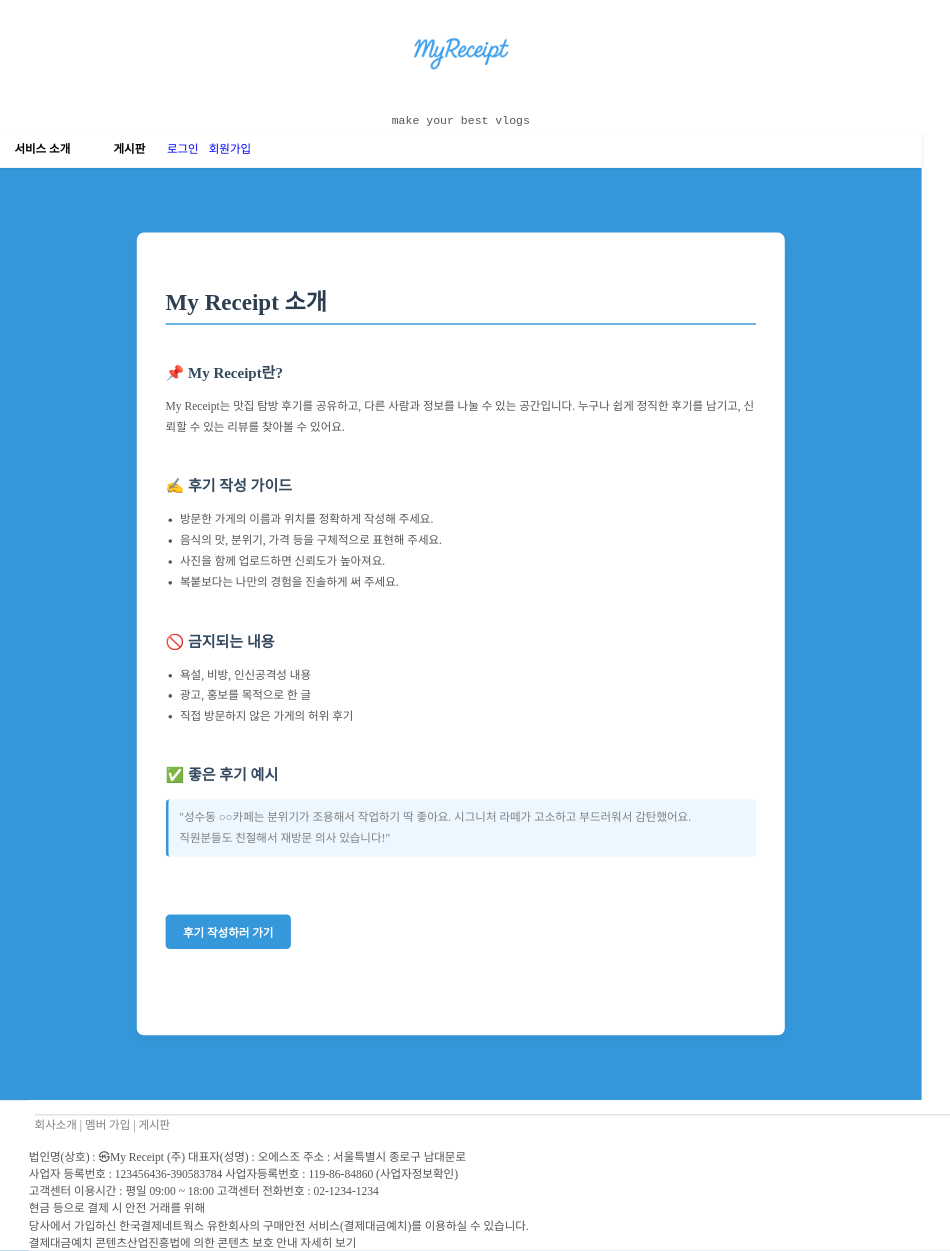
Repository: shong69/mini-project
Page: http://localhost/myReceipt2/intro
The author's editor kept a copy of each file at every save. The page is drawn from the files as they stood at one save, then again after the next save.
The browser window is 1280 px wide. The page is 1320 px wide, so the pictures cover 1320 px, including what lies to the right of the window. The pictures show the whole page, at 72% of full size.
Some web fonts or font styles are not loaded; a fallback is used. The page is served by Tomcat 10. Other server files are loaded and not shown.

Above is the page before, as saved 2025-05-06 19:40:22.

### jspProject/myReceipt2/src/main/webapp/WEB-INF/views/intro.jsp
<%@ page language="java" contentType="text/html; charset=UTF-8"
    pageEncoding="UTF-8"%>
<!DOCTYPE html>
<html>
<head>
<meta charset="UTF-8">
<title>My Receipt</title>
<link rel="stylesheet" type="text/css" href="resources/css/main.css">
 <style>
 main {
 	color:white;
 	}
  .container {
    max-width: 900px;
    margin: 90px auto;
    background: white;
    padding: 70px 40px;
    border-radius: 10px;
    box-shadow: 0 8px 20px rgba(0, 0, 0, 0.05);
  }

  h1 {
    font-size: 2rem;
    color: #2c3e50;
    margin-bottom: 20px;
    border-bottom: 2px solid #3498db;
    padding-bottom: 10px;
  }

  h2 {
    font-size: 1.3rem;
    color: #34495e;
    margin-top: 30px;
    margin-bottom: 20px;
  }
  main section{
  	margin : 50px 0;
  }
  p, li {
    color: #555;
    font-size: 1rem;
    line-height: 1.8;
  }

  ul {
    padding-left: 20px;
  }

  .btn-write {
    display: inline-block;
    padding: 12px 24px;
    background-color: #3498db;
    color: white;
    font-weight: bold;
    border-radius: 6px;
    text-decoration: none;
    margin-top: 30px;
    transition: background-color 0.3s;
  }

  .btn-write:hover {
    background-color: #2b7cb8;
  }

  .highlight {
  	color: gray;
    background: #ecf7ff;
    border-left: 4px solid #3498db;
    padding: 10px 15px;
    margin-top: 10px;
    border-radius: 6px;
    line-height:30px;
  }
 </style>

</head>
<body>
	<jsp:include page="/WEB-INF/views/common/header.jsp"></jsp:include>
	<main>
	 <div class="container">
	    <h1>My Receipt 소개</h1>

	    <section>
	      <h2>📌 My Receipt란?</h2>
	      <p>My Receipt는 맛집 탐방 후기를 공유하고, 다른 사람과 정보를 나눌 수 있는 공간입니다. 누구나 쉽게 정직한 후기를 남기고, 신뢰할 수 있는 리뷰를 찾아볼 수 있어요.</p>
	    </section>

	    <section>
	      <h2>✍️ 후기 작성 가이드</h2>
	      <ul>
	        <li>방문한 가게의 이름과 위치를 정확하게 작성해 주세요.</li>
	        <li>음식의 맛, 분위기, 가격 등을 구체적으로 표현해 주세요.</li>
	        <li>사진을 함께 업로드하면 신뢰도가 높아져요.</li>
	        <li>복붙보다는 나만의 경험을 진솔하게 써 주세요.</li>
	      </ul>
	    </section>

	    <section>
	      <h2>🚫 금지되는 내용</h2>
	      <ul>
	        <li>욕설, 비방, 인신공격성 내용</li>
	        <li>광고, 홍보를 목적으로 한 글</li>
	        <li>직접 방문하지 않은 가게의 허위 후기</li>
	      </ul>
	    </section>

	    <section>
	      <h2>✅ 좋은 후기 예시</h2>
	      <div class="highlight">
	        "성수동 ○○카페는 분위기가 조용해서 작업하기 딱 좋아요. 시그니처 라떼가 고소하고 부드러워서 감탄했어요.
	        <br/>직원분들도 친절해서 재방문 의사 있습니다!"
	      </div>
	    </section>

	    <section>
	      <a href="/board/write" class="btn-write">후기 작성하러 가기</a>
	    </section>
	  </div>

    </main>
	<jsp:include page="/WEB-INF/views/common/footer.jsp"></jsp:include>
</body>
</html>

### jspProject/myReceipt2/src/main/webapp/WEB-INF/views/common/header.jsp
<%@ page language="java" contentType="text/html; charset=UTF-8"
    pageEncoding="UTF-8"%>
<%@ taglib prefix="c" uri="http://java.sun.com/jsp/jstl/core" %>
	<div id="header">
		<a href="/myReceipt2/index"><img src="resources/imgs/logo.png" style="width:150px;"/></a>
		<p style="font-family: 'Courier New', Courier, monospace;">make your best vlogs</p>
	</div>
	<div id="nav-bar">
		<div id="menu">
			<a href="/myReceipt2/intro">서비스 소개</a>
			<a href="/myReceipt2/board">게시판</a>
		</div>
		<div id="loginSt">
			<c:choose>
				<c:when test="${not empty sessionScope.loginMember}">
					<p>${sessionScope.loginMember.nickName}님이 로그인 중</p>
					<a href="/myReceipt2/logout">로그아웃</a>

				</c:when>
				<c:otherwise>
					<a href="/myReceipt2/login">로그인</a>
					<a href="/myReceipt2/sign">회원가입</a>
				</c:otherwise>
			</c:choose>
		</div>

	</div>

### jspProject/myReceipt2/src/main/webapp/WEB-INF/views/common/footer.jsp
<%@ page language="java" contentType="text/html; charset=UTF-8"
    pageEncoding="UTF-8"%>
	<footer class="footer">
	    <section>
	        <div class="footer-nav">
	            <a href="/">회사소개 |</a>
	            <a href="/signup">멤버 가입 |</a>
	            <a href="/">게시판</a>
	        </div>
	    </section>
	    <section>
	        <div>
	            법인명(상호) : ㉿My Receipt (주) 대표자(성명) : 오에스조 주소 : 서울특별시 종로구 남대문로 <br>
	            사업자 등록번호 : 123456436-390583784  사업자등록번호 : 119-86-84860 (사업자정보확인)<br>
	            고객센터 이용시간 : 평일 09:00 ~ 18:00  고객센터 전화번호 : 02-1234-1234
	        </div>

	        <div>
	            현금 등으로 결제 시 안전 거래를 위해<br>
	            당사에서 가입하신 한국결제네트웍스 유한회사의 구매안전 서비스(결제대금예치)를 이용하실 수 있습니다.<br>
	            결제대금예치 콘텐츠산업진흥법에 의한 콘텐츠 보호 안내 자세히 보기
	        </div>
	    </section>
	</footer>

### jspProject/myReceipt2/src/main/java/com/project/jsp/controller/IndexController.java
package com.project.jsp.controller;

import java.io.IOException;

import jakarta.servlet.ServletException;
import jakarta.servlet.http.HttpServlet;
import jakarta.servlet.http.HttpServletRequest;
import jakarta.servlet.http.HttpServletResponse;

public class IndexController extends HttpServlet{
	@Override
	protected void doGet(HttpServletRequest req, HttpServletResponse resp) throws ServletException, IOException {
        String path = req.getServletPath(); // 요청 URL 패턴을 얻음

        if ("/index".equals(path)) {
        	req.getRequestDispatcher("/WEB-INF/views/index.jsp").forward(req, resp);
        } else if ("/intro".equals(path)) {
        	req.getRequestDispatcher("/WEB-INF/views/intro.jsp").forward(req, resp);
        } else {
        	resp.sendError(HttpServletResponse.SC_NOT_FOUND);
        }
	}

}

### jspProject/myReceipt2/src/main/webapp/resources/css/main.css
* {
	box-sizing: border-box;
	padding: 0;
	margin: 0;
	font-family: 'main';
}
/* 메인 폰트 */
@font-face {
	font-family: 'main';
	src:
		url('https://fastly.jsdelivr.net/gh/Project-Noonnu/noonfonts_2107@1.1/Pretendard-Regular.woff')
		format('woff');
	font-style: normal;
	font-weight: 400;
}

/*header*/
#header {
	width: 100%;
	text-align: center;
}

#header>div:first-child {
	margin-bottom: 15px;
}

#nav-bar {
	line-height: 50px;
	height: 50px;
	position: sticky;
	top: 0;
	left: 0;
	background-color: white;
	z-index: 1000;
	box-shadow: 0 2px 5px rgba(0, 0, 0, 0.1);
	display:flex;
	flex-direction:row;
}

#loginSt {
	margin-right:auto;
}

#loginSt a {
	margin-left: 10px;
	color: blue;
	text-decoration: none;
}

#menu {
	display: flex;
	gap: 20px;
}

#menu a {
	text-decoration: none;
	color: black;
	font-weight: bold;
	padding: 0 20px;
	position: relative;
	overflow: hidden;
	transition: background-color 0.5s ease;
}

#menu a:hover {
	background-color: #335085;
	animation-duration: 2s;
	color: whitesmoke;
}

main {
	background-color: #3498db;
	display: flex;
	flex-direction: column;
	align-items: center;
	min-height:500px;
}

.section-title {
	font-size: 3.5rem;
	margin: 100px 0 70px 0;
}

#carousel {
	width: 90%;
	height: 300px;
	background-color: #ddd;
	margin-top: 20px;
}
/*footer*/
.footer {
	background-color: white;
	width: 100%;
	height: auto;
	display: flex;
	flex-direction: column;
	padding-top: 20px;
	margin: 0 40px;
}

.footer>section:first-child {
	border-top: 1px solid #c5c5c5;
	display: flex;
	flex-direction: row;
	margin-left: 8px;
}

.footer>section a {
	color: gray;
	text-decoration: none;
}

.footer>section:nth-child(2) {
	padding-top: 20px;
	color: rgb(83, 83, 83);
}

After the next save:
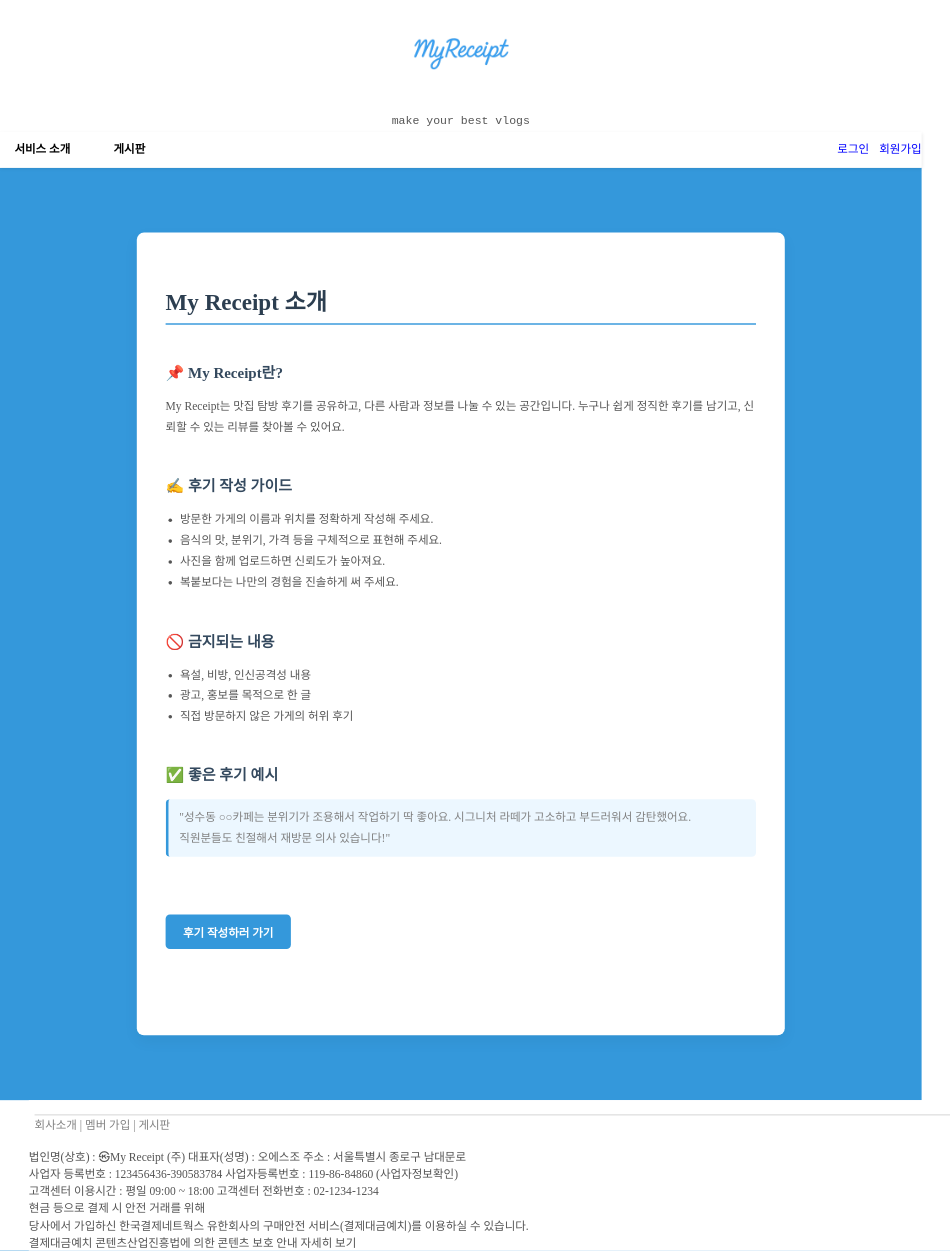
Saved 24 s later.
--- a/jspProject/myReceipt2/src/main/webapp/resources/css/main.css
+++ b/jspProject/myReceipt2/src/main/webapp/resources/css/main.css
@@ -35,10 +35,11 @@
 	box-shadow: 0 2px 5px rgba(0, 0, 0, 0.1);
 	display:flex;
 	flex-direction:row;
+	justify-content:space-between;
 }
 
 #loginSt {
-	margin-right:auto;
+
 }
 
 #loginSt a {
